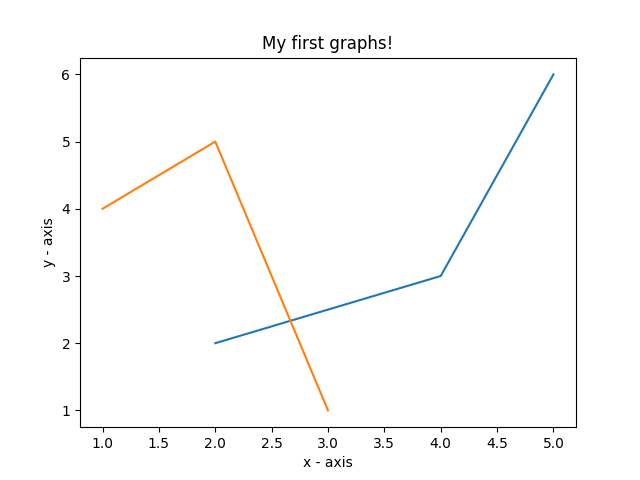
Repository: venu-369/python-basic
Script's output: python graph_plotter/graph.py
An editor plug-in stored every save of this project. The script's output is shown before and after the next save, followed by the edit.
Random numbers start from a fixed seed.

Above is the script's output before, as saved 2023-01-28 20:46:13.

### graph_plotter/graph.py
import matplotlib.pyplot as plt

x1 = [2, 4, 5]
y2 = [ 2, 3, 6]

plt.plot(x1,y2, label = 'Line 1')

x2 = [1, 2, 3]
y2 = [ 4, 5, 1]

plt.plot(x2,y2, label = 'Line 2')



plt.xlabel('x - axis')
plt.ylabel('y - axis')
plt.title('My first graphs!')

plt.show()

After the next save:
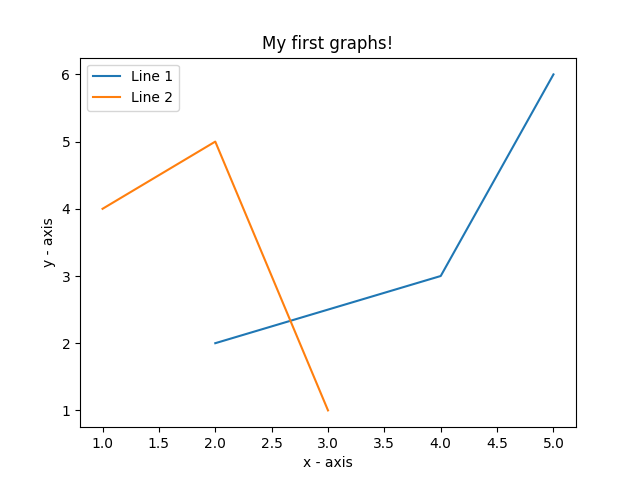
Saved 13 s later.
--- a/graph_plotter/graph.py
+++ b/graph_plotter/graph.py
@@ -16,4 +16,6 @@ plt.xlabel('x - axis')
 plt.ylabel('y - axis')
 plt.title('My first graphs!')
 
+plt.legend()
+
 plt.show()
